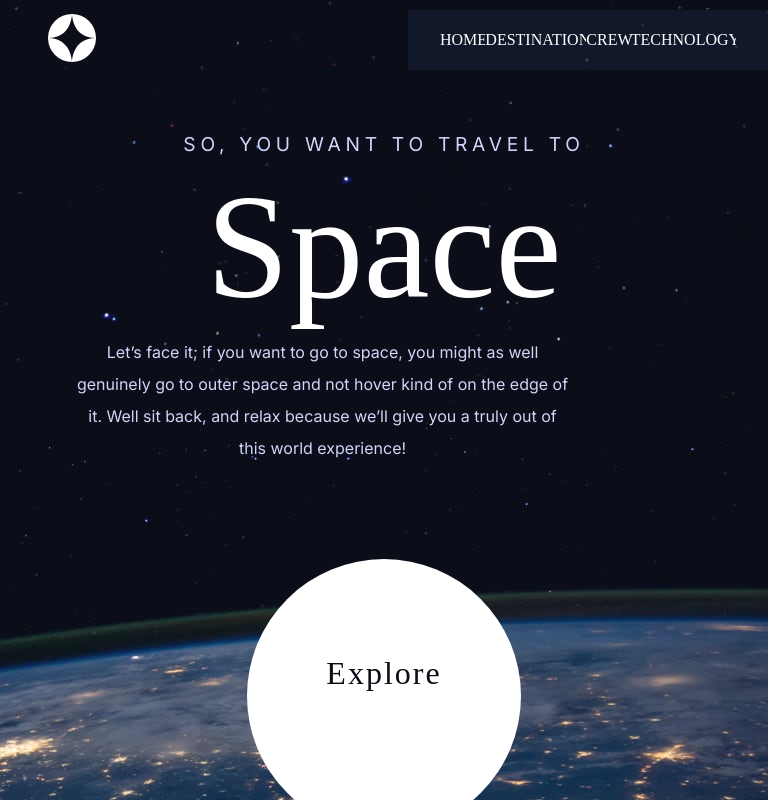
Repository: nilesjamex/space
Page: /
The author's editor kept a copy of each file at every save. The page is drawn from the files as they stood at one save, then again after the next save.
The browser window is 768 px wide. The pictures show the whole page.
Some web fonts or font styles are not loaded; a fallback is used. Some web libraries are served in a nearby version. The project was rebuilt for these pictures with package versions that can differ from the ones it lists, and the page was loaded fresh each time. The framework's server and built-in components were replaced by stand-ins that run in the browser. Also part of the build but not shown: next.config.js.

Above is the page before, as saved 2022-01-08 04:12:48.

After the next save:
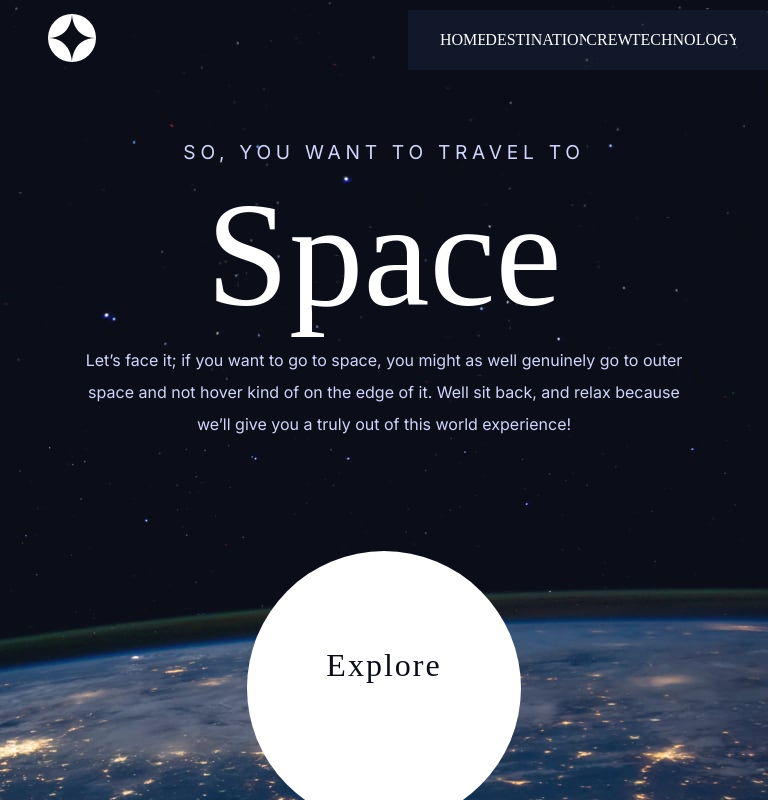
Saved 17 s later.
--- a/Components/home.module.css
+++ b/Components/home.module.css
@@ -84,6 +84,6 @@
     .HomeTextsubs {
         font-size: 1rem;
         text-align: center;
-        width: 80%;
+        width: 100%;
     }
 }
